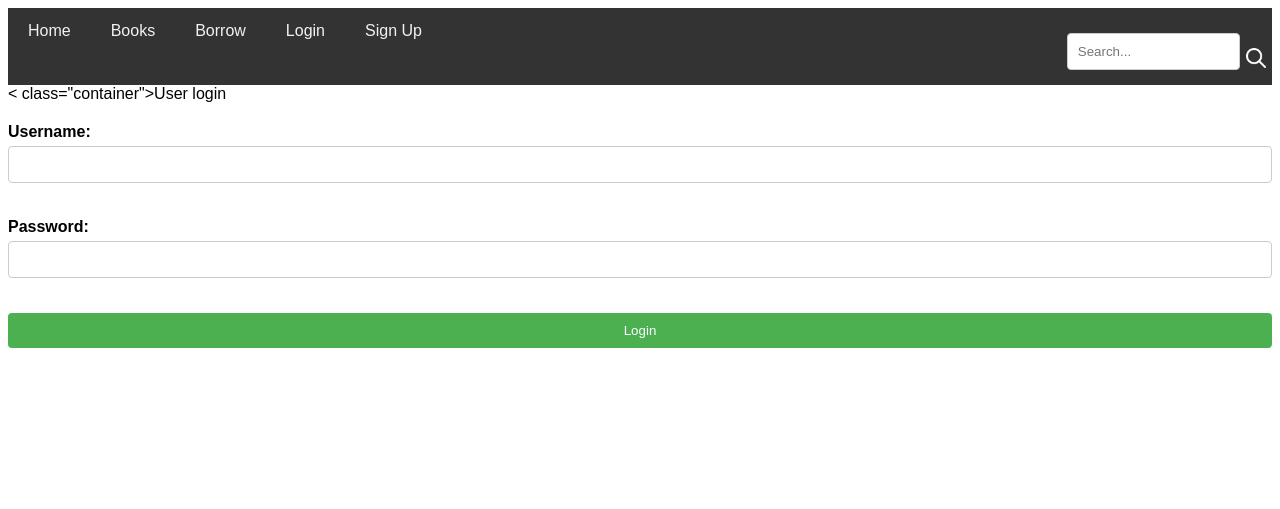
Repository: fadyesk12/Web-Technology-Course-Project
Page: auth/login.html
An editor plug-in stored every save of this project. The page is shown before and after the next save, followed by the edit.
The browser window is 1280 px wide. The pictures show the whole page.

Above is the page before, as saved 2024-04-19 02:49:10.

After the next save:
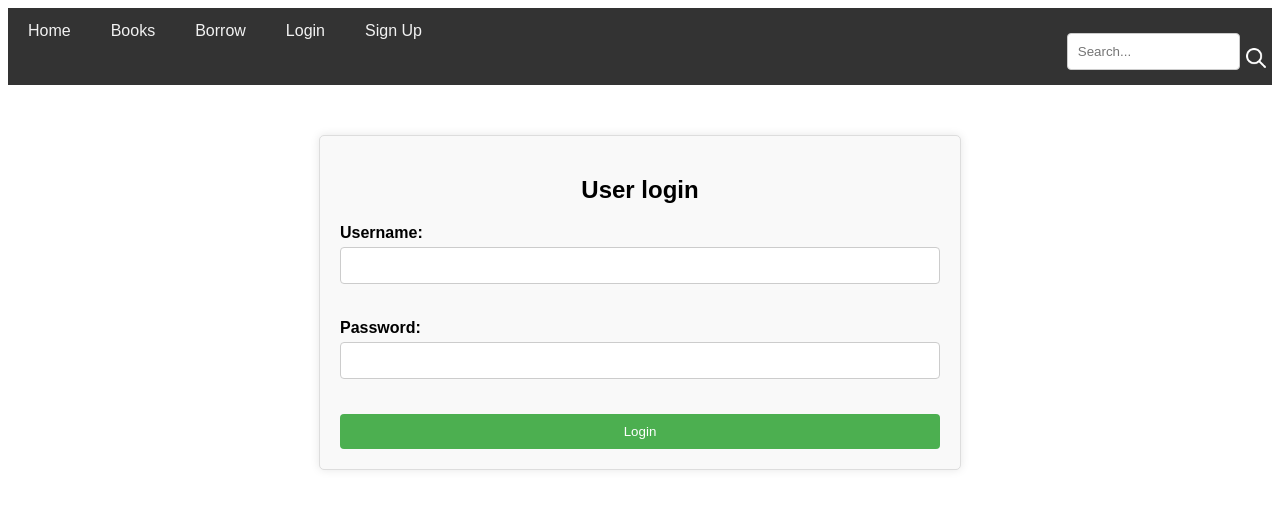
Saved 4 s later.
--- a/auth/login.html
+++ b/auth/login.html
@@ -21,7 +21,7 @@
             </div>
           </div>
 
-          < class="container"></
+          <div class="container">
             <h2>User login</h2>
 
           <form>
